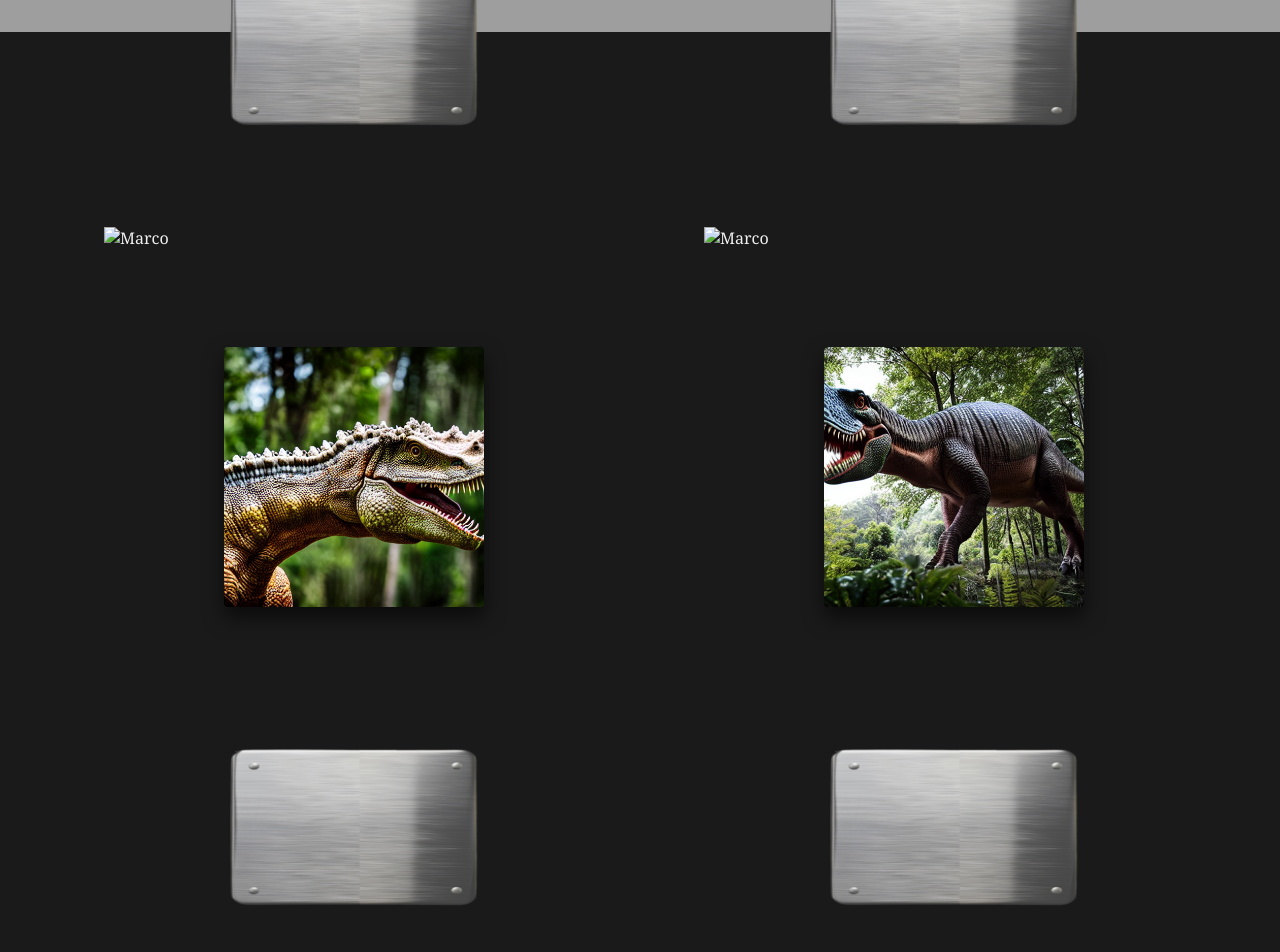
Repository: FormalIngenieroniel/YapperSaurusMuseum
Page: templates/index.html
The author's editor kept a record of every edit. The page is drawn from the files as they stood at one moment, then again after the next edit.
The browser window is 1280 px wide. The pictures show the part of the page from y = 738 to 1690 px (the page is 4805 px tall).
Pictures or frames that could not be fetched are drawn as grey boxes.

Above is the page before.
Console error: TypeError: Cannot read properties of null (reading 'addEventListener')

After the next edit:
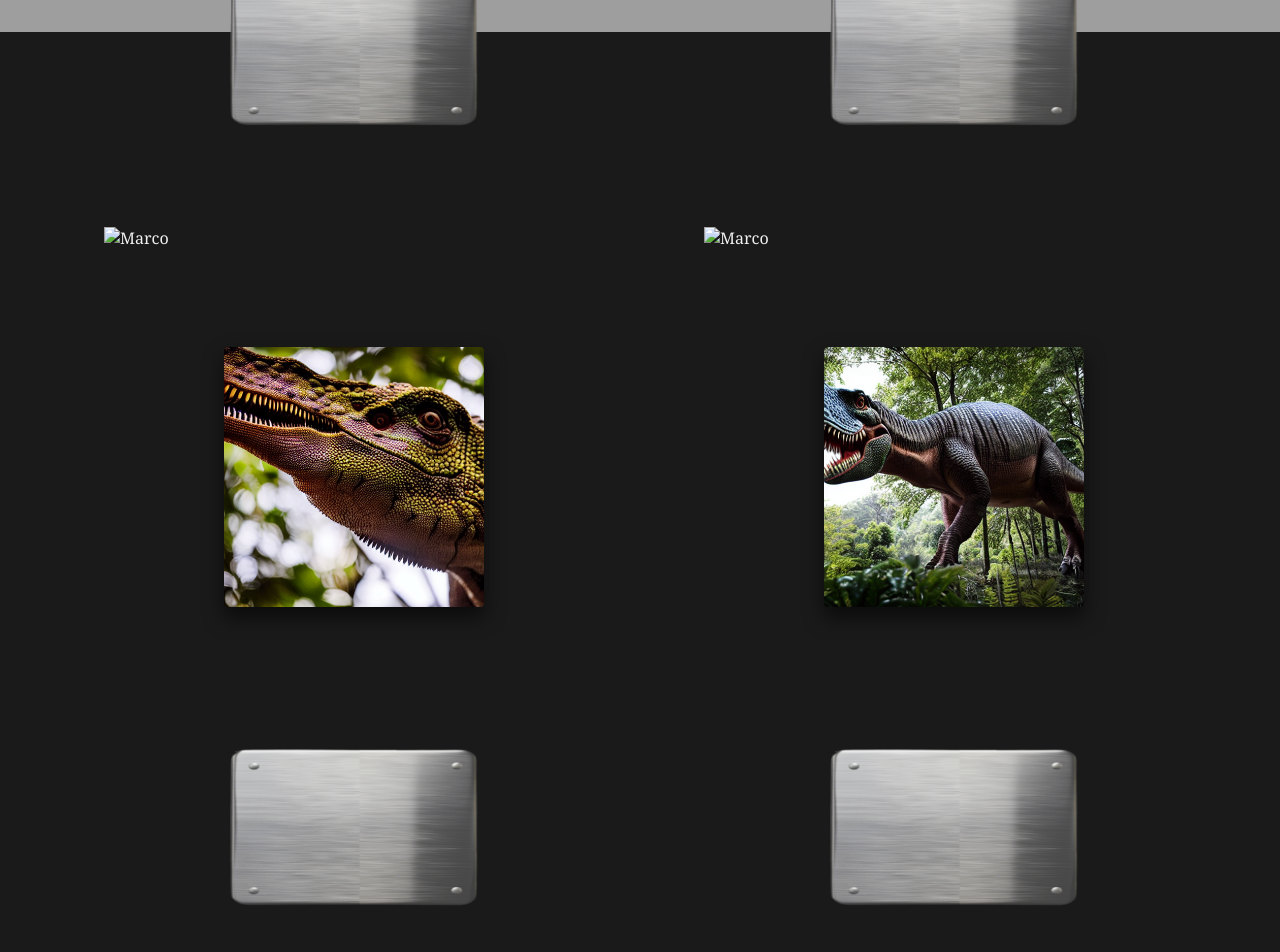
The edit:
--- a/templates/index.html
+++ b/templates/index.html
@@ -33,7 +33,7 @@
         </div>
         <div class="dino-exhibit">
             <div class="dino-cuadro">
-                <img src="./static/Carpetanosaurio rex/Hianchangosaurus.png" alt="Danodon" class="dino-img">
+                <img src="./static/Carpetanosaurio rex/Danodon.png" alt="Danodon" class="dino-img">
                 <img src="" alt="Marco" class="dino-marco">
             </div>
             <div class="dino-placa">
